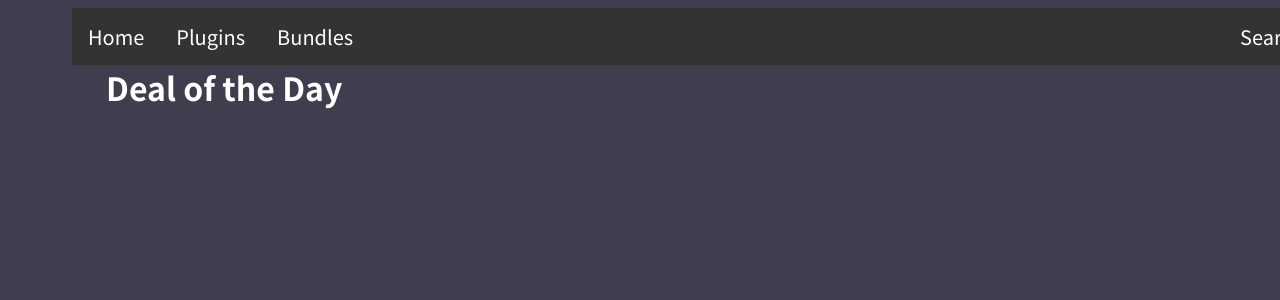
Repository: jigom11791/Wavez
Page: Wavez/Waves-Site/index.html
An editor plug-in stored every save of this project. The page is shown before and after the next save, followed by the edit.
The browser window is 1280 px wide. The pictures show the whole page.

Above is the page before, as saved 2020-10-30 18:17:09.

After the next save:
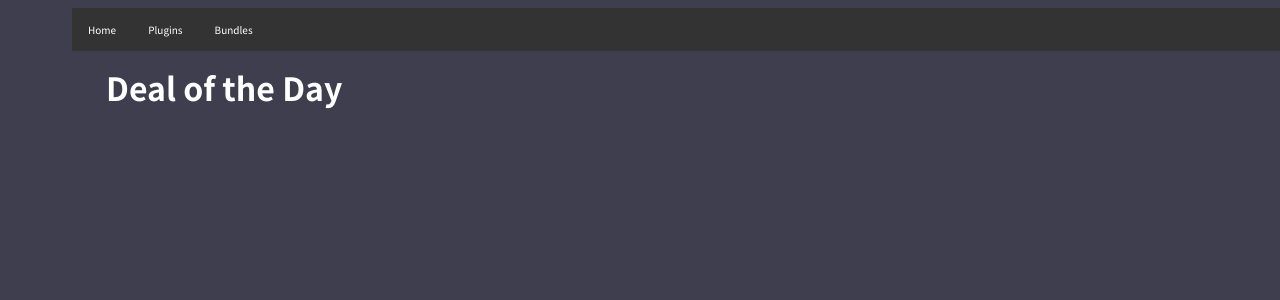
Saved 24 s later.
--- a/Wavez/Waves-Site/style.css
+++ b/Wavez/Waves-Site/style.css
@@ -21,7 +21,7 @@ ul.topnav, ul.header{
 }
 ul.topnav {
     background-color: #333;
-    font-size: 20px;
+    font-size: 10px;
     position: fixed;
 }
 ul.topnav li, ul.header li{
